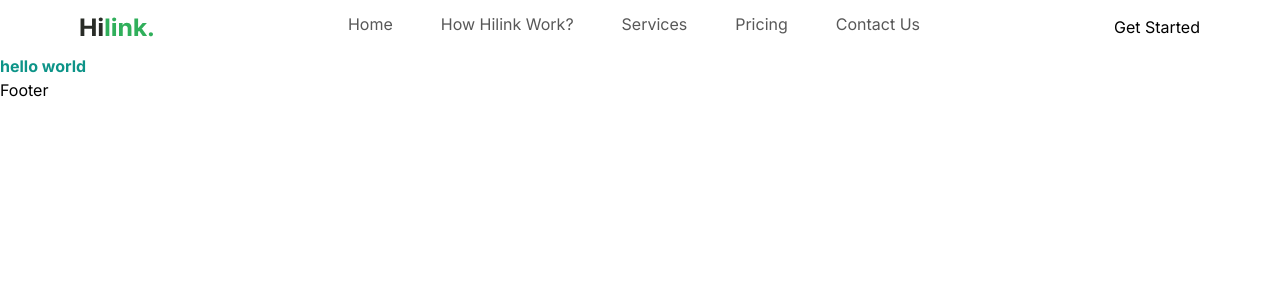
Repository: martin-raphael/travel_agency
Page: /
These files come from the project's save history. The page is drawn as it stood at one moment and after the next save; the edit follows.
The browser window is 1280 px wide. The pictures show the whole page.
The project was rebuilt for these pictures with package versions that can differ from the ones it lists, and the page was loaded fresh each time. The framework's server and built-in components were replaced by stand-ins that run in the browser. Also part of the build but not shown: next.config.mjs.

Above is the page before, as saved 2024-08-08 17:03:13.

After the next save:
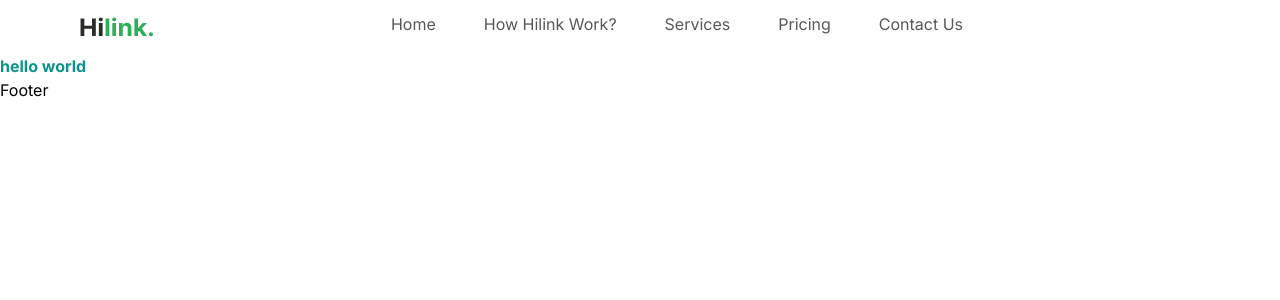
Saved 4 min 23 s later.
--- a/components/button.tsx
+++ b/components/button.tsx
@@ -1,3 +1,4 @@
+import Image from 'next/image';
 import React from 'react'
 
 type ButtonProps = {
@@ -9,7 +10,10 @@ type ButtonProps = {
 
 const Button = ({type, title, icon, variant}: ButtonProps) => {
   return (
-    <button type='button' >Get Started</button>
+    <button type={type} >
+        {icon && <Image src={icon} alt={title} width={24} height={24}/>}
+        <label className='bold-16 whitespace-nowrap'>{title}</label>
+    </button>
   )
 }
 
